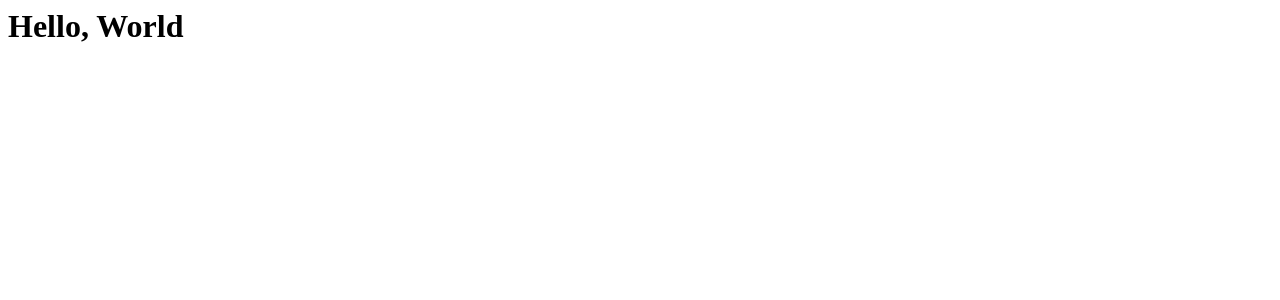
Repository: sanjayykrishnaa/Flask
Page: http://localhost/
These files come from the project's save history. The page is drawn as it stood at one moment and after the next save; the edit follows.
The browser window is 1280 px wide. The pictures show the whole page.
The page is served by the project's application, run on Flask 3 (app.py).

Above is the page before, as saved 2024-02-12 11:41:44.

### app.py
from flask import Flask
app = Flask(__name__)

@app.route('/')

def home():
    return '<h1>Hello, World<h1>'
app.run()

After the next save:
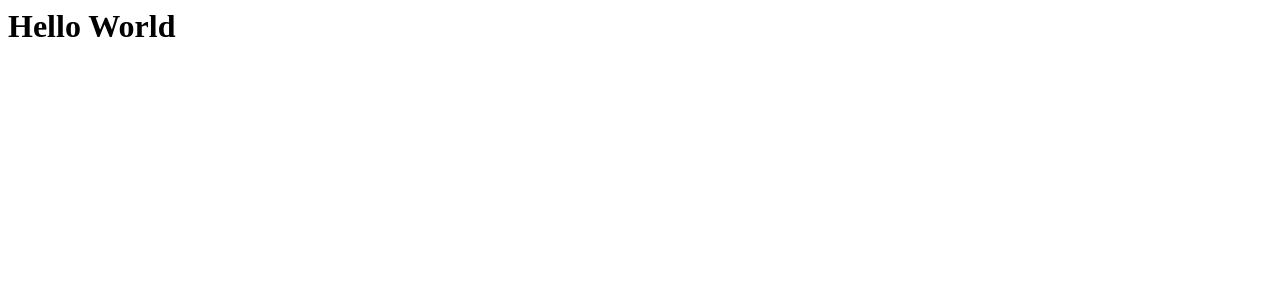
Saved 45 s later.
--- a/app.py
+++ b/app.py
@@ -4,5 +4,5 @@ app = Flask(__name__)
 @app.route('/')
 
 def home():
-    return '<h1>Hello, World<h1>'
+    return '<h1>Hello World<h1>'
 app.run()
